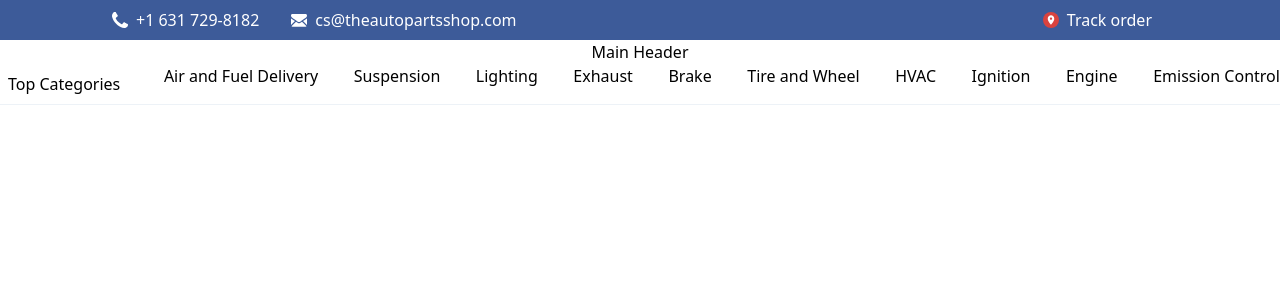
Repository: robindhimanspineor/TAPS-Next
Page: /
The author's editor kept a copy of each file at every save. The page is drawn from the files as they stood at one save, then again after the next save.
The browser window is 1280 px wide. The pictures show the whole page.
The project was rebuilt for these pictures with package versions that can differ from the ones it lists, and the page was loaded fresh each time. The framework's server and built-in components were replaced by stand-ins that run in the browser. Also part of the build but not shown: next.config.js.

Above is the page before, as saved 2021-09-16 16:34:20.

### src/pages/index.tsx
// import { useRouter } from 'next/router';

// import { Meta } from '../layout/Meta';
// import { Main } from '../templates/Main';
import Header from '../components/common/header';

const Index = () => {
  // const router = useRouter();

  return (
    // <Main
    //   meta={
    //     <Meta
    //       title="Next.js Boilerplate Presentation"
    //       description="Next js Boilerplate is the perfect starter code for your project. Build your React application with the Next.js framework."
    //     />
    //   }
    // >
    // </Main>
    <div>
      <main className="main-container block">
        <Header />
      </main>
    </div>
  );
};

export default Index;

### src/styles/main.css
@tailwind base;
a {
  @apply text-blue-700;
}

a:hover {
  @apply border-b-2 border-blue-700;
}

@tailwind components;
@tailwind utilities;
.content p {
  @apply my-6;
}

.content ul {
  @apply my-6;
}

a {
  text-decoration: none;
  color: black;
}

### src/components/common/header/index.js
import TopHeader from './top-header';
import MainHeader from './main-header.tsx';
import CategoriesHeader from './categories-header';

const Header = () => {
  return (
    <header className="flex flex-col items-center justify-center w-full static border-b z-50">
      <TopHeader />
      <MainHeader />
      <CategoriesHeader />
    </header>
  );
};

export default Header;

### src/components/common/header/top-header.tsx
import PhoneHandle from '../../../svg/PhoneHandleSvg.js';
import MailBoxSvg from '../../../svg/MailBoxSvg.js';
import TrackOrderSvg from '../../../svg/TrackOrderSvg.js';

import topHeaderStyles from '../../../styles/top-header.module.css';
const TopHeader = () => {
  return (
    <div
      className={`${topHeaderStyles.bgBlue} head-top flex justify-between py-2 pr-32 pl-28  w-full text-base`}
    >
      <div className="w-screen max-w-screen-xl flex justify-between">
        <div className="head-top-left flex text-white font-medium w-9/12">
          <div className="head-top-phone flex items-center text-white w-auto">
            <div
              className="text-white h-6 w-6 flex items-center pr-2"
              style={{ fill: '#fff' }}
            >
              <PhoneHandle />
            </div>
            <p>+1 631 729-8182</p>
          </div>
          <div className="heap-top-email flex items-center text-white w-auto ml-8">
            <div
              className="text-white h-6 w-6 flex items-center pr-2"
              style={{ fill: '#fff' }}
            >
              <MailBoxSvg />
            </div>
            <p>cs@theautopartsshop.com</p>
          </div>
        </div>
        <div className="head-top-right text-white font-medium">
          <div
            className="head-top-track-order flex items-center text-white w-auto cursor-pointer"
            onClick={() => console.log('track order')}
          >
            <div
              className="text-white h-6 w-6 flex items-center pr-2 "
              style={{ fill: '#fff' }}
            >
              <TrackOrderSvg />
            </div>
            <p>Track order</p>
          </div>
        </div>
      </div>
    </div>
  );
};
export default TopHeader;

### src/components/common/header/main-header.tsx
const MainHeader = () => {
  return <h1>Main Header</h1>;
};

export default MainHeader;

### src/components/common/header/categories-header.tsx
import Link from 'next/link';
const CategoriesHeader = () => {
  return (
    <div className="header-categories w-screen max-w-screen-xl flex justify-between ">
      <Link href="/">
        <a className="m-2 text-black">Top Categories</a>
      </Link>
      <Link href="/air-and-fuel-delivery">Air and Fuel Delivery</Link>
      <Link href="/suspension">Suspension</Link>
      <Link href="/electrical-lighting-and-body">Lighting</Link>
      <Link href="/exhaust">Exhaust</Link>
      <Link href="/brake">Brake</Link>
      <Link href="/tire-and-wheel">Tire and Wheel</Link>
      <Link href="/hvac">HVAC</Link>
      <Link href="/ignition">Ignition</Link>
      <Link href="/engine">Engine</Link>
      <Link href="/emission-control">Emission Control</Link>
    </div>
  );
};

export default CategoriesHeader;

### src/svg/PhoneHandleSvg.js
import React from 'react';

const PhoneHandle = () => (
  <svg
    version="1.1"
    xmlns="http://www.w3.org/2000/svg"
    xmlnsXlink="http://www.w3.org/1999/xlink"
    x="0px"
    y="0px"
    width="401.998px"
    height="401.998px"
    viewBox="0 0 401.998 401.998"
    style={{ enableBackground: 'new 0 0 401.998 401.998' }}
    xmlSpace="preserve"
    aria-label="phone handle svg"
  >
    <g>
      <path
        d="M401.129,311.475c-1.137-3.426-8.371-8.473-21.697-15.129c-3.61-2.098-8.754-4.949-15.41-8.566
		c-6.662-3.617-12.709-6.95-18.13-9.996c-5.432-3.045-10.521-5.995-15.276-8.846c-0.76-0.571-3.139-2.234-7.136-5
		c-4.001-2.758-7.375-4.805-10.14-6.14c-2.759-1.327-5.473-1.995-8.138-1.995c-3.806,0-8.56,2.714-14.268,8.135
		c-5.708,5.428-10.944,11.324-15.7,17.706c-4.757,6.379-9.802,12.275-15.126,17.7c-5.332,5.427-9.713,8.138-13.135,8.138
		c-1.718,0-3.86-0.479-6.427-1.424c-2.566-0.951-4.518-1.766-5.858-2.423c-1.328-0.671-3.607-1.999-6.845-4.004
		c-3.244-1.999-5.048-3.094-5.428-3.285c-26.075-14.469-48.438-31.029-67.093-49.676c-18.649-18.658-35.211-41.019-49.676-67.097
		c-0.19-0.381-1.287-2.19-3.284-5.424c-2-3.237-3.333-5.518-3.999-6.854c-0.666-1.331-1.475-3.283-2.425-5.852
		s-1.427-4.709-1.427-6.424c0-3.424,2.713-7.804,8.138-13.134c5.424-5.327,11.326-10.373,17.7-15.128
		c6.379-4.755,12.275-9.991,17.701-15.699c5.424-5.711,8.136-10.467,8.136-14.273c0-2.663-0.666-5.378-1.997-8.137
		c-1.332-2.765-3.378-6.139-6.139-10.138c-2.762-3.997-4.427-6.374-4.999-7.139c-2.852-4.755-5.799-9.846-8.848-15.271
		c-3.049-5.424-6.377-11.47-9.995-18.131c-3.615-6.658-6.468-11.799-8.564-15.415C98.986,9.233,93.943,1.997,90.516,0.859
		C89.183,0.288,87.183,0,84.521,0c-5.142,0-11.85,0.95-20.129,2.856c-8.282,1.903-14.799,3.899-19.558,5.996
		c-9.517,3.995-19.604,15.605-30.264,34.826C4.863,61.566,0.01,79.271,0.01,96.78c0,5.135,0.333,10.131,0.999,14.989
		c0.666,4.853,1.856,10.326,3.571,16.418c1.712,6.09,3.093,10.614,4.137,13.56c1.045,2.948,2.996,8.229,5.852,15.845
		c2.852,7.614,4.567,12.275,5.138,13.988c6.661,18.654,14.56,35.307,23.695,49.964c15.03,24.362,35.541,49.539,61.521,75.521
		c25.981,25.98,51.153,46.49,75.517,61.526c14.655,9.134,31.314,17.032,49.965,23.698c1.714,0.568,6.375,2.279,13.986,5.141
		c7.614,2.854,12.897,4.805,15.845,5.852c2.949,1.048,7.474,2.43,13.559,4.145c6.098,1.715,11.566,2.905,16.419,3.576
		c4.856,0.657,9.853,0.996,14.989,0.996c17.508,0,35.214-4.856,53.105-14.562c19.219-10.656,30.826-20.745,34.823-30.269
		c2.102-4.754,4.093-11.273,5.996-19.555c1.909-8.278,2.857-14.985,2.857-20.126C401.99,314.814,401.703,312.819,401.129,311.475z"
      />
    </g>
    <g />
    <g />
    <g />
    <g />
    <g />
    <g />
    <g />
    <g />
    <g />
    <g />
    <g />
    <g />
    <g />
    <g />
    <g />
  </svg>
);

export default PhoneHandle;

### src/svg/MailBoxSvg.js
import React from 'react';

const MailBoxSvg = () => (
  <svg
    version="1.1"
    xmlns="http://www.w3.org/2000/svg"
    xmlnsXlink="http://www.w3.org/1999/xlink"
    x="0px"
    y="0px"
    width="550.795px"
    height="550.795px"
    viewBox="0 0 550.795 550.795"
    style={{ enableBackground: 'new 0 0 550.795 550.795' }}
    xmlSpace="preserve"
    aria-label="mail box"
  >
    <g>
      <g>
        <path
          d="M501.613,491.782c12.381,0,23.109-4.088,32.229-12.16L377.793,323.567c-3.744,2.681-7.373,5.288-10.801,7.767
			c-11.678,8.604-21.156,15.318-28.434,20.129c-7.277,4.822-16.959,9.737-29.045,14.755c-12.094,5.024-23.361,7.528-33.813,7.528
			h-0.306h-0.306c-10.453,0-21.72-2.503-33.813-7.528c-12.093-5.018-21.775-9.933-29.045-14.755
			c-7.277-4.811-16.75-11.524-28.434-20.129c-3.256-2.387-6.867-5.006-10.771-7.809L16.946,479.622
			c9.119,8.072,19.854,12.16,32.234,12.16H501.613z"
        />
        <path
          d="M31.047,225.299C19.37,217.514,9.015,208.598,0,198.555V435.98l137.541-137.541
			C110.025,279.229,74.572,254.877,31.047,225.299z"
        />
        <path
          d="M520.059,225.299c-41.865,28.336-77.447,52.73-106.75,73.195l137.486,137.492V198.555
			C541.98,208.396,531.736,217.306,520.059,225.299z"
        />
        <path
          d="M501.613,59.013H49.181c-15.784,0-27.919,5.33-36.42,15.979C4.253,85.646,0.006,98.97,0.006,114.949
			c0,12.907,5.636,26.892,16.903,41.959c11.267,15.061,23.256,26.891,35.961,35.496c6.965,4.921,27.969,19.523,63.012,43.801
			c18.917,13.109,35.368,24.535,49.505,34.395c12.05,8.396,22.442,15.667,31.022,21.701c0.985,0.691,2.534,1.799,4.59,3.269
			c2.215,1.591,5.018,3.61,8.476,6.107c6.659,4.816,12.191,8.709,16.597,11.683c4.4,2.975,9.731,6.298,15.985,9.988
			c6.249,3.685,12.143,6.456,17.675,8.299c5.533,1.842,10.655,2.766,15.367,2.766h0.306h0.306c4.711,0,9.834-0.924,15.368-2.766
			c5.531-1.843,11.42-4.608,17.674-8.299c6.248-3.69,11.572-7.02,15.986-9.988c4.406-2.974,9.938-6.866,16.598-11.683
			c3.451-2.497,6.254-4.517,8.469-6.102c2.057-1.476,3.605-2.577,4.596-3.274c6.684-4.651,17.1-11.892,31.104-21.616
			c25.482-17.705,63.01-43.764,112.742-78.281c14.957-10.447,27.453-23.054,37.496-37.803c10.025-14.749,15.051-30.22,15.051-46.408
			c0-13.525-4.873-25.098-14.598-34.737C526.461,63.829,514.932,59.013,501.613,59.013z"
        />
      </g>
    </g>
    <g />
    <g />
    <g />
    <g />
    <g />
    <g />
    <g />
    <g />
    <g />
    <g />
    <g />
    <g />
    <g />
    <g />
    <g />
  </svg>
);

export default MailBoxSvg;

### src/svg/TrackOrderSvg.js
import React from 'react';

const TrackOrderSvg = () => (
    <svg xmlns="http://www.w3.org/2000/svg"
        version="1.1"
        id="Layer_1"
        x="0px"
        y="0px"
        viewBox="0 0 28 28"
        style={{ enableBackground: "new 0 0 28 28" }}>

        <circle id="Ellipse_2" fill="#D9433E" cx="14" cy="14" r="14" />
        <path id="Icon_material-location-on" fill="#FFFFFF" d="M14,5.9c-3.1,0-5.7,2.5-5.7,5.7c0,0,0,0,0,0c0,4.3,5.7,10.5,5.7,10.5  s5.7-6.3,5.7-10.5C19.7,8.4,17.1,5.9,14,5.9C14,5.9,14,5.9,14,5.9z M14,13.6c-1.1,0-2-0.9-2-2c0-1.1,0.9-2,2-2c1.1,0,2,0.9,2,2l0,0  C16,12.7,15.1,13.6,14,13.6z" />
    </svg>
);

export default TrackOrderSvg;

### src/styles/top-header.module.css
.bgBlue {
  background-color: #3d5b99;
}

Loaded but not shown: src/pages/_app.tsx (common file); src/pages/_document.tsx (common file); src/utils/AppConfig.ts (common file); tailwind.config.js (common file)

After the next save:
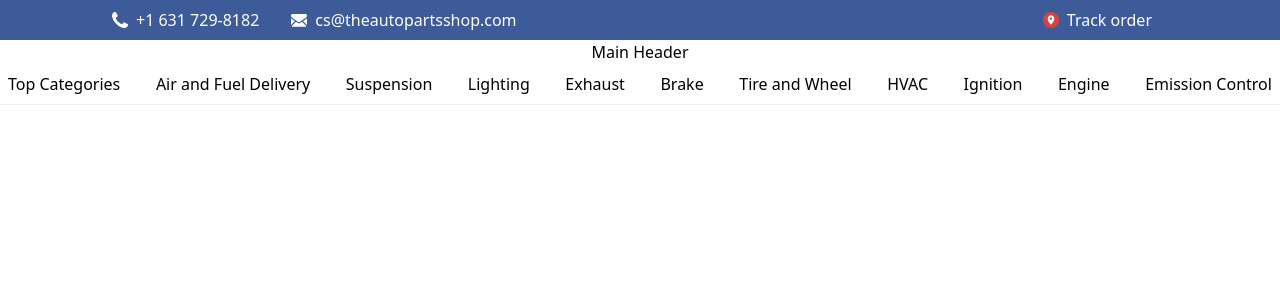
Saved 78 s later.
--- a/src/components/common/header/categories-header.tsx
+++ b/src/components/common/header/categories-header.tsx
@@ -5,16 +5,36 @@ const CategoriesHeader = () => {
       <Link href="/">
         <a className="m-2 text-black">Top Categories</a>
       </Link>
-      <Link href="/air-and-fuel-delivery">Air and Fuel Delivery</Link>
-      <Link href="/suspension">Suspension</Link>
-      <Link href="/electrical-lighting-and-body">Lighting</Link>
-      <Link href="/exhaust">Exhaust</Link>
-      <Link href="/brake">Brake</Link>
-      <Link href="/tire-and-wheel">Tire and Wheel</Link>
-      <Link href="/hvac">HVAC</Link>
-      <Link href="/ignition">Ignition</Link>
-      <Link href="/engine">Engine</Link>
-      <Link href="/emission-control">Emission Control</Link>
+      <Link href="/air-and-fuel-delivery">
+        <a className="m-2 text-black">Air and Fuel Delivery</a>
+      </Link>
+      <Link href="/suspension">
+        <a className="m-2 text-black">Suspension</a>
+      </Link>
+      <Link href="/electrical-lighting-and-body">
+        <a className="m-2 text-black">Lighting</a>
+      </Link>
+      <Link href="/exhaust">
+        <a className="m-2 text-black">Exhaust</a>
+      </Link>
+      <Link href="/brake">
+        <a className="m-2 text-black">Brake</a>
+      </Link>
+      <Link href="/tire-and-wheel">
+        <a className="m-2 text-black">Tire and Wheel</a>
+      </Link>
+      <Link href="/hvac">
+        <a className="m-2 text-black">HVAC</a>
+      </Link>
+      <Link href="/ignition">
+        <a className="m-2 text-black">Ignition</a>
+      </Link>
+      <Link href="/engine">
+        <a className="m-2 text-black">Engine</a>
+      </Link>
+      <Link href="/emission-control">
+        <a className="m-2 text-black">Emission Control</a>
+      </Link>
     </div>
   );
 };
